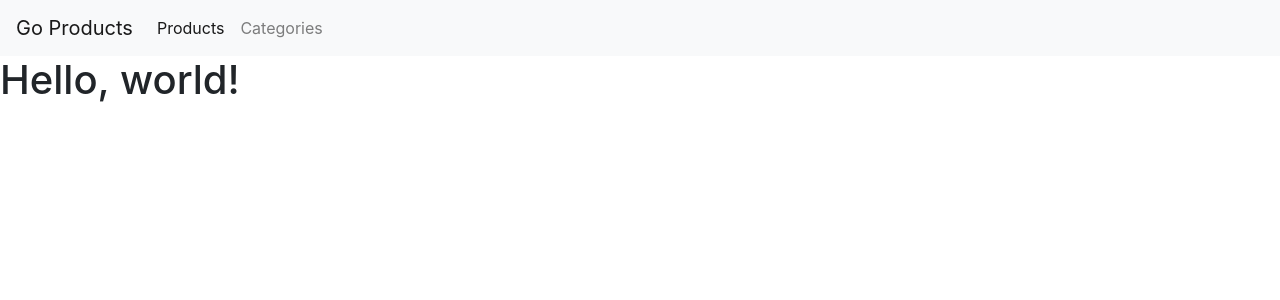
Repository: Nouthemoran/go-web-native-crud
Page: views/home/index.html
An editor plug-in stored every save of this project. The page is shown before and after a run of saves, followed by the edit.
The browser window is 1280 px wide. The pictures show the whole page.

Above is the page before, as saved 2023-10-04 15:06:38.

After the next 5 saves:
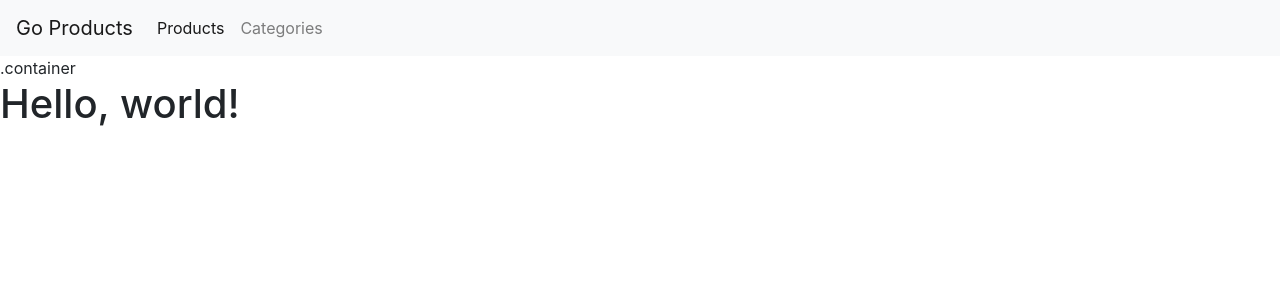
The 5 saves are shown as one change because they came seconds apart.
The last was saved 48 s later.
--- a/views/home/index.html
+++ b/views/home/index.html
@@ -29,6 +29,8 @@
         </div>
       </nav>
     <!-- End of Navbar -->
+
+    .container
     <h1>Hello, world!</h1>
 
     <!-- Optional JavaScript -->
